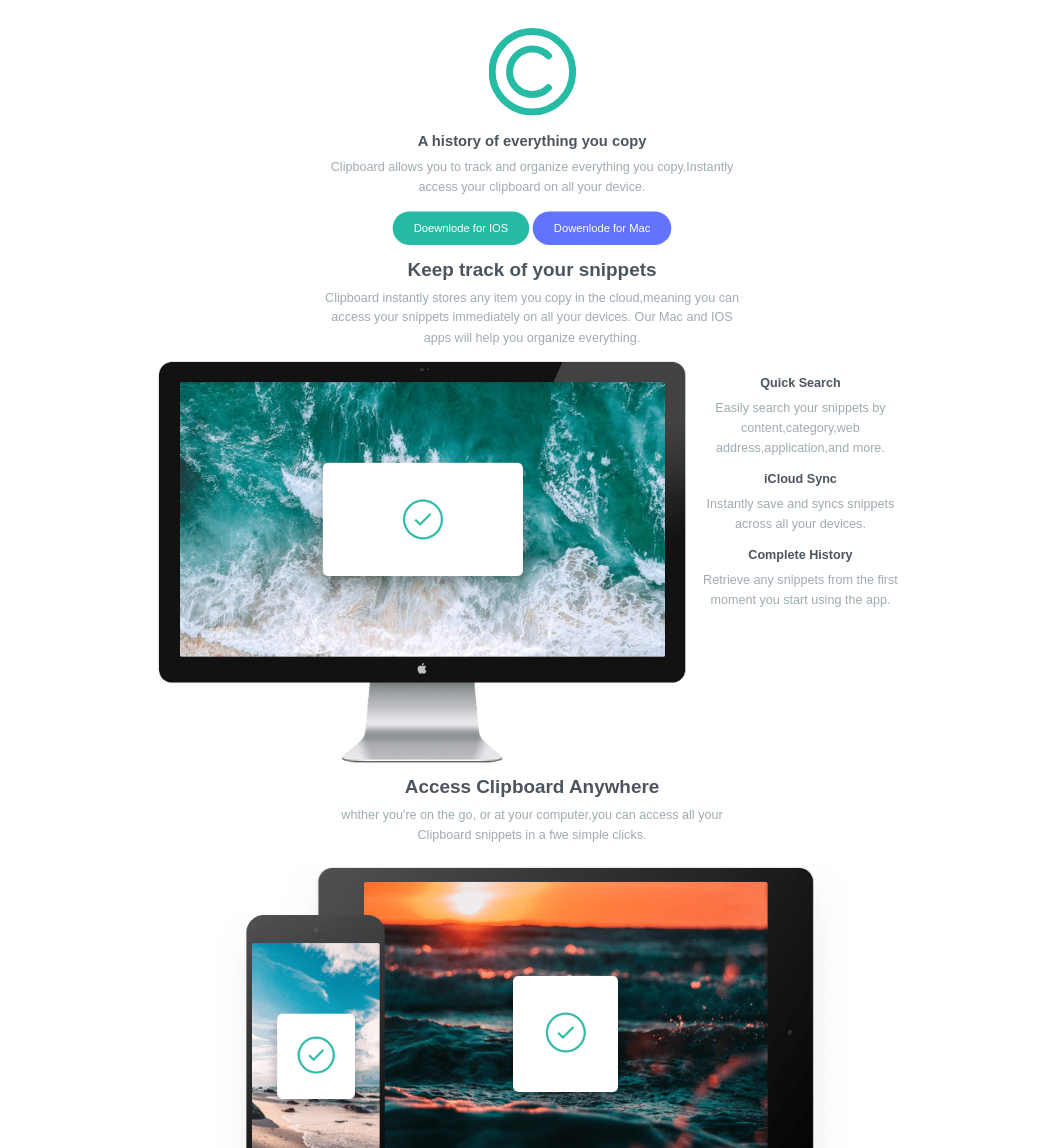
Repository: moataz305G/Clipboard-landing-page
Page: index.html
The author's editor kept a copy of each file at every save. The page is drawn from the files as they stood at one save, then again after the next save.
The browser window is 1280 px wide. The page is 1520 px wide, so the pictures cover 1520 px, including what lies to the right of the window. The pictures show the part of the page from y = 0 to 1640 px (the page is 2681 px tall before and 2981 px after), at 70% of full size.

Above is the page before, as saved 2025-12-16 22:44:01.

### index.html
<!DOCTYPE html>
<html lang="en">
  <head>
    <meta charset="UTF-8" />
    <meta name="viewport" content="width=device-width, initial-scale=1.0" />

    <link
      rel="icon"
      type="image/png"
      sizes="32x32"
      href="./images/favicon-32x32.png"
    />
    <title>Clipboard landing page</title>
    <link rel="stylesheet" href="style.css" />
  </head>
  <body>
    <div class="container">
      <article>
        <section class="hero section">
          <img class="hero__logo" src="images/logo.svg" alt="Clipboard Logo" />

          <h1 class="hero__title">A history of everything you copy</h1>
          <p>
            Clipboard allows you to track and organize everything you
            copy.Instantly access your clipboard on all your device.
          </p>
          <button class="btn btn--ios">Doewnlode for IOS</button>
          <button class="btn btn--mac">Dowenlode for Mac</button>
        </section>

        <section class="snippets section">
          <h2>Keep track of your snippets</h2>
          <p>
            Clipboard instantly stores any item you copy in the cloud,meaning
            you can access your snippets immediately on all your devices. Our
            Mac and IOS apps will help you organize everything.
          </p>
        </section>

        <section class="fuatures section">
          <img
            class="fuature__image"
            src="images/image-computer.png"
            alt="Fuatures image "
          />
          <div class="fuatures__text">
            <div>
              <h4>Quick Search</h4>
              <p>
                Easily search your snippets by content,category,web
                address,application,and more.
              </p>
            </div>
            <div>
              <h4>iCloud Sync</h4>
              <p>Instantly save and syncs snippets across all your devices.</p>
            </div>
            <div>
              <h4>Complete History</h4>
              <p>
                Retrieve any snippets from the first moment you start using the
                app.
              </p>
            </div>
          </div>
        </section>

        <section class="access_anywhere section">
          <h2>Access Clipboard Anywhere</h2>
          <p>
            whther you're on the go, or at your computer,you can access all your
            Clipboard snippets in a fwe simple clicks.
          </p>
          <img
            class="access_anywhere__image"
            src="images/image-devices.png"
            alt="Access Clipboard Anywhere_image"
          />
        </section>

        <section class="workflow section">
          <div class="workflow__title">
            <h2>Supercharge your workflow</h2>
            <p>We've got the tools tomboost your productivity.</p>
          </div>

          <div class="workflow__tools">
            <div class="blacklist">
              <img src="images/icon-blacklist.svg " />
              <h3>Creat blacklists</h3>
              <p>
                Ensure sensitive information never makes it way to your
                clipboard by excluding certain sources.
              </p>
            </div>

            <div class="Plane-text">
              <img src="images/icon-text.svg" />
              <h3>Plane text snippets</h3>
              <p>
                Remove unwanted formatting from copied text for a consisitent
                look.
              </p>
            </div>

            <div class="preview">
              <img src="images/icon-preview.svg " />
              <h3>Sneak preview</h3>
              <p>
                Quick preview of all snippets on your clipboard for easy access
              </p>
            </div>
          </div>
        </section>

        <section class="largest-companies">
          <img src="images/logo-google.png" />
          <img src="images/logo-ibm.png" />
          <img src="images/logo-microsoft.png" />
          <img src="images/logo-hp.png" />
          <img src="images/logo-vector-graphics.png" />
        </section>

        <section class="Doewnlode">
          <h2>Clipboard for iOS and Mac OS</h2>
          <p>
            Available for free on the app store,Download for Mac or ios, sync
            with iCloud and you're ready to start adding to your clipboard.
          </p>
          <button class="btn btn--ios">Download for iOS</button>
          <button class="btn btn--mac">Download for Mac</button>
        </section>
      </article>

      <footer>
        <div class="links">
          <a href="#">FAQs</a>
          <a href="#">Contact Us</a>
          <a href="#">Privacy Policy</a>
        </div>
        <div class="social-media">
          <img src="images/icon-facebook.svg" />
          <img src="images/icon-twitter.svg" />
          <img src="images/icon-instagram.svg" />
        </div>
      </footer>
    </div>
  </body>
</html>

### style.css
* {
  margin: 0;
  padding: 0;
}
.container {
  width: 1440px;
  height: auto;
  margin: 0 auto;
  font-size: 18px;
  font-family: "Bai Jamjuree", sans-serif;
  /* font-weight: 400px; */
}
h1,
h2,
h3,
h4 {
  color: #4c545d;
  margin-top: 20px;
  margin-bottom: 10px;
}
h2 {
  color: #4c545d;
  margin-top: 20px;
  margin-bottom: 10px;
}
h1,
h2,
h3,
h4 {
  font-weight: 600;
}
p {
  max-width: 600px;
  color: #9fabb2;
  margin: 0 auto;
  margin-top: 10px;
  margin-bottom: 20px;

  line-height: 1.6;
  text-align: center;
}

.container {
  display: grid;
  text-align: center;
  padding: 40px;
  row-gap: 100px;
}

.bag-campany,
.Doewnlode {
  margin: 60px 0;
}
/* button */
.btn {
  color: #fff;
  border: none;
  padding: 15px 30px;
  font-size: 16px;
  cursor: pointer;
  border-radius: 30px;
}
.btn--ios {
  background-color: #26baa4ff;
  transition: background-color 0.3s;
}
.btn--ios:hover {
  background-color: #20a18f;
}

.btn--mac {
  background-color: #6173ff;
  transition: background-color 0.3s;
}

.btn--mac:hover {
  background-color: #5262e0;
}
/* end button */

/* fuatures */
.fuatures {
  display: flex;
  justify-content: center;
  gap: 15px;
}

.fuatures__text p {
  max-width: 300px;
}
/* end fuatures */

/* workflow */
.workflow {
  display: grid;
  gap: 40px;
}
.workflow__title {
  text-align: center;
}

.workflow__tools {
  display: flex;
  justify-content: center;
  gap: 30px;
}
/* end workflow */

.largest-companies {
  display: flex;
  justify-content: center;
  gap: 30px;
}

footer {
  display: flex;
  justify-content: space-between;
  padding: 20px 200px;
}
footer .links {
  display: flex;
  justify-content: center;
  gap: 20px;
}
.links a {
  text-decoration: underline dotted;
  color: hsl(210, 10%, 33%);
  transition: color 0.3s;
}

.links a:hover {
  color: #26baa4ff;
}
footer .social-media {
  display: flex;
  justify-content: center;
  gap: 20px;
}

After the next save:
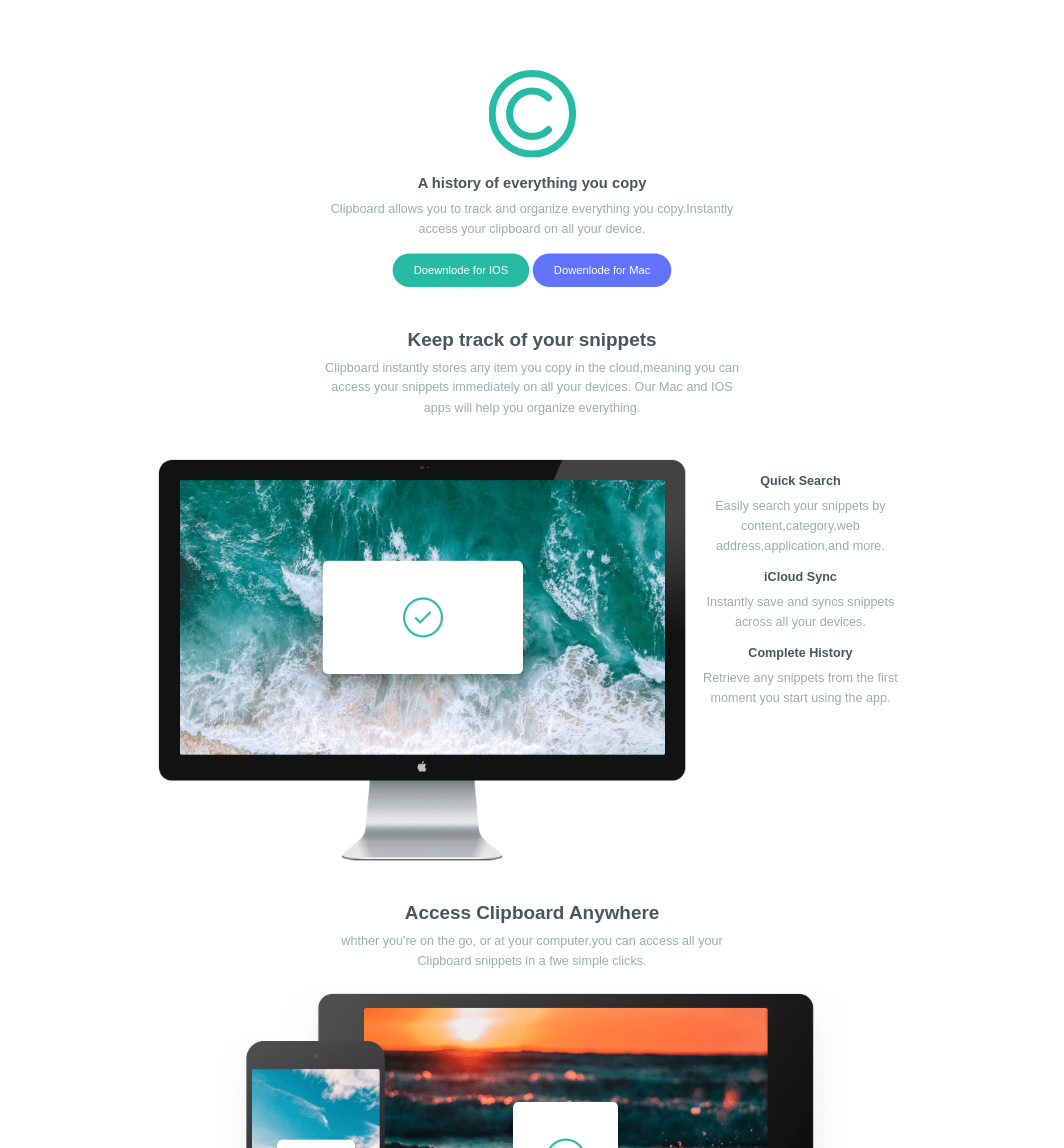
Saved 61 s later.
--- a/style.css
+++ b/style.css
@@ -46,7 +46,12 @@
   padding: 40px;
   row-gap: 100px;
 }
-
+.hero,
+.snippets,
+.fuatures,
+.access-anywhere,
+.tools,
+.workflow,
 .bag-campany,
 .Doewnlode {
   margin: 60px 0;
